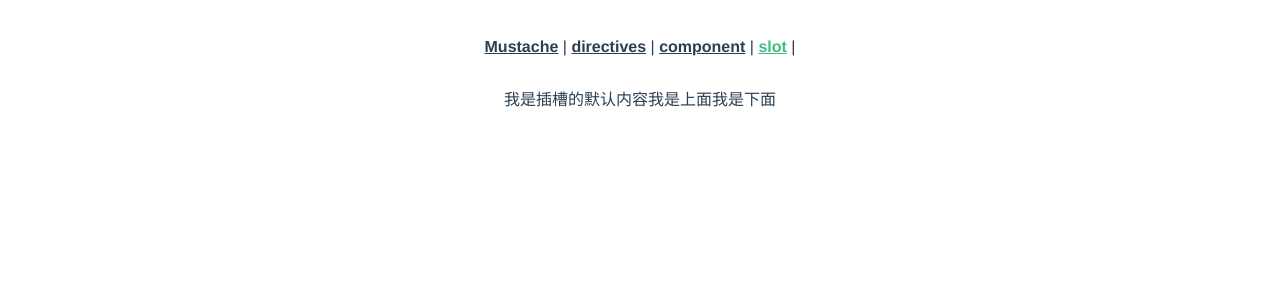
Repository: yeyanghui0616/my-vue2-learning
Page: /slot
An editor plug-in stored every save of this project. The page is shown before and after the next save, followed by the edit.
The browser window is 1280 px wide. The pictures show the whole page.
The project was rebuilt for these pictures with package versions that can differ from the ones it lists, and the page was loaded fresh each time. Also part of the build but not shown: src/views/Mustache.vue, src/components/globalComponent.vue.

Above is the page before, as saved 2023-08-30 22:07:26.

After the next save:
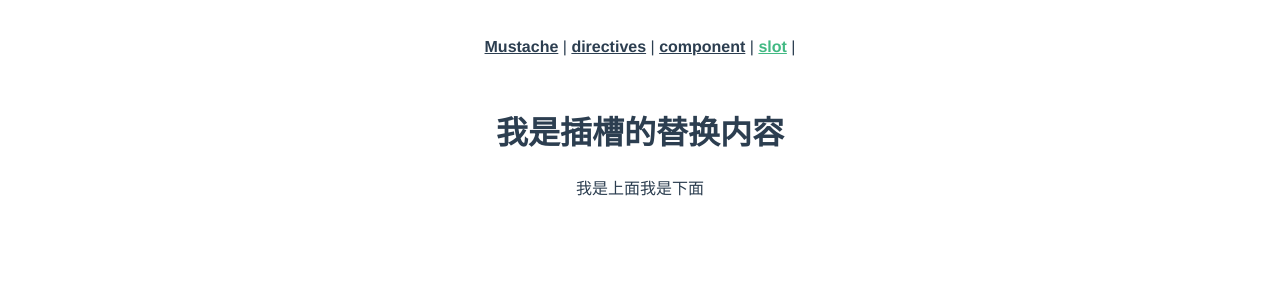
Saved 10 s later.
--- a/src/views/slot.vue
+++ b/src/views/slot.vue
@@ -1,7 +1,7 @@
 <template>
   <div>
     <slotComponent>
-      <!-- <h1>我是插槽的替换内容</h1> -->
+      <h1>我是插槽的替换内容</h1>
     </slotComponent>
   </div>
 </template>
